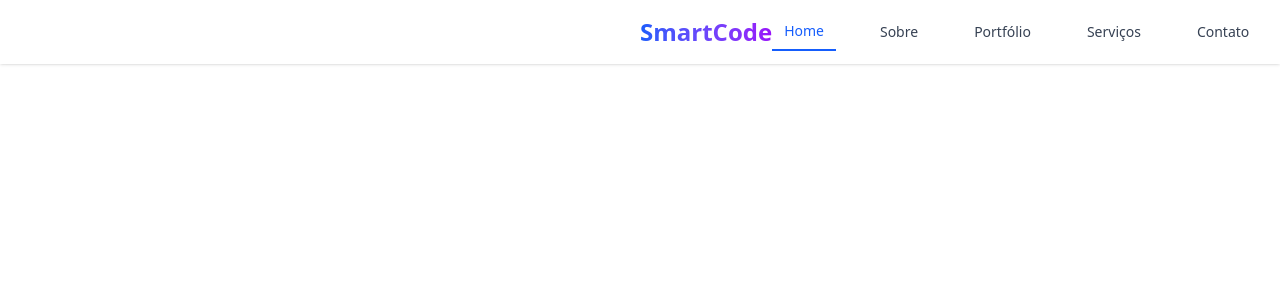
Repository: estevam02009/smartcode
Page: /
The author's editor kept a copy of each file at every save. The page is drawn from the files as they stood at one save, then again after the next save.
The browser window is 1280 px wide. The pictures show the whole page.
The project was rebuilt for these pictures with package versions that can differ from the ones it lists, and the page was loaded fresh each time. Also part of the build but not shown: vite.config.ts.

Above is the page before, as saved 2025-08-04 17:05:39.

After the next save:
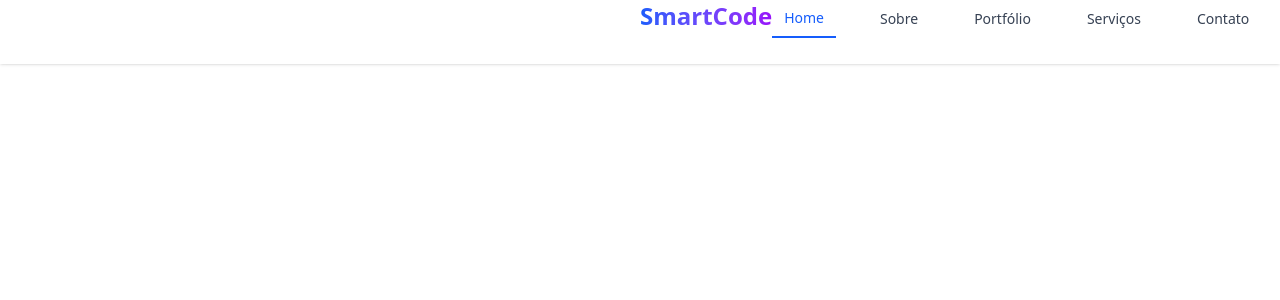
Saved 85 s later.
--- a/src/App.tsx
+++ b/src/App.tsx
@@ -143,7 +143,7 @@
       {/* NVIGATION */}
       <nav className='fixed top-0 w-full bg-white/95 backdrop-blur-sm z-50 shadow-sm'>
         <div className='max-w-7 mx-auto px-4 sm:px-6 lg:px-8'>
-          <div className='flex justify-between items-center h-16'>
+          <div className='flex justify-between  h-16'>
             <div className="flex-shrink-0">
               <span className='text-2xl font-bold bg-gradient-to-r from-blue-600 to-purple-600 bg-clip-text text-transparent'>SmartCode</span>
             </div>

After the save that followed:
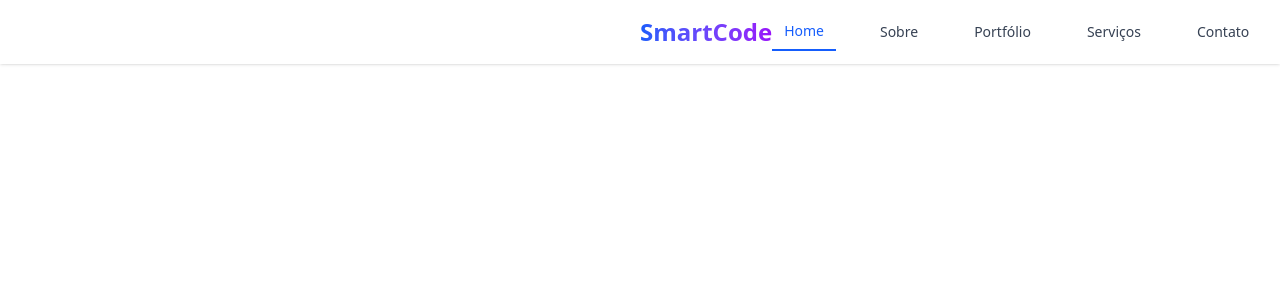
Saved 5 s later.
--- a/src/App.tsx
+++ b/src/App.tsx
@@ -143,7 +143,7 @@
       {/* NVIGATION */}
       <nav className='fixed top-0 w-full bg-white/95 backdrop-blur-sm z-50 shadow-sm'>
         <div className='max-w-7 mx-auto px-4 sm:px-6 lg:px-8'>
-          <div className='flex justify-between  h-16'>
+          <div className='flex justify-between items-center h-16'>
             <div className="flex-shrink-0">
               <span className='text-2xl font-bold bg-gradient-to-r from-blue-600 to-purple-600 bg-clip-text text-transparent'>SmartCode</span>
             </div>
